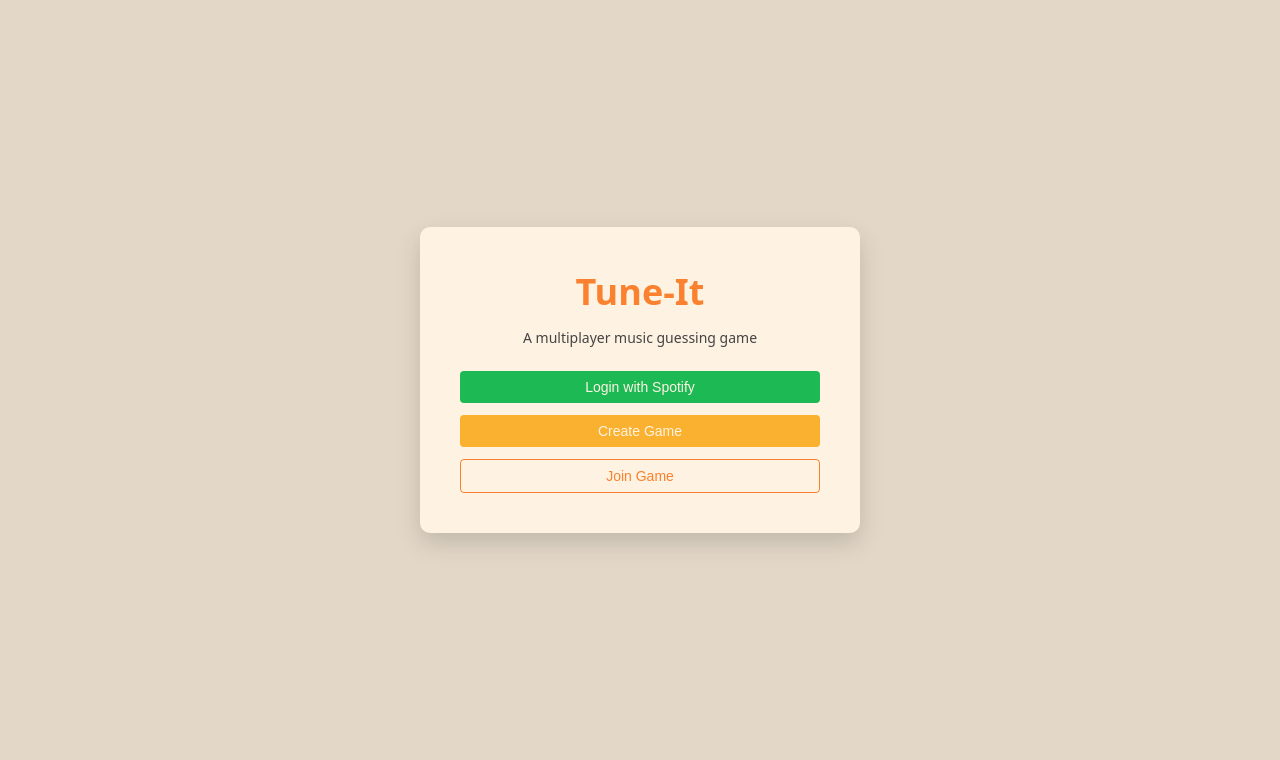
Repository: APresta19/tune-it
Page: /
An editor plug-in stored every save of this project. The page is shown before and after a run of saves, followed by the edit.
The browser window is 1280 px wide. The pictures show the whole page.
The project was rebuilt for these pictures with package versions that can differ from the ones it lists, and the page was loaded fresh each time. Also part of the build but not shown: src/css/Song.css, src/components/Song.jsx, src/components/AddSong.jsx, src/components/ProgressBar.jsx, src/components/PlayerGuess.jsx, src/components/Playback.jsx, src/css/CreateGame.css, src/components/CreateGame.jsx and 2 more.

Above is the page before, as saved 2025-12-23 22:04:53.

After the next 9 saves:
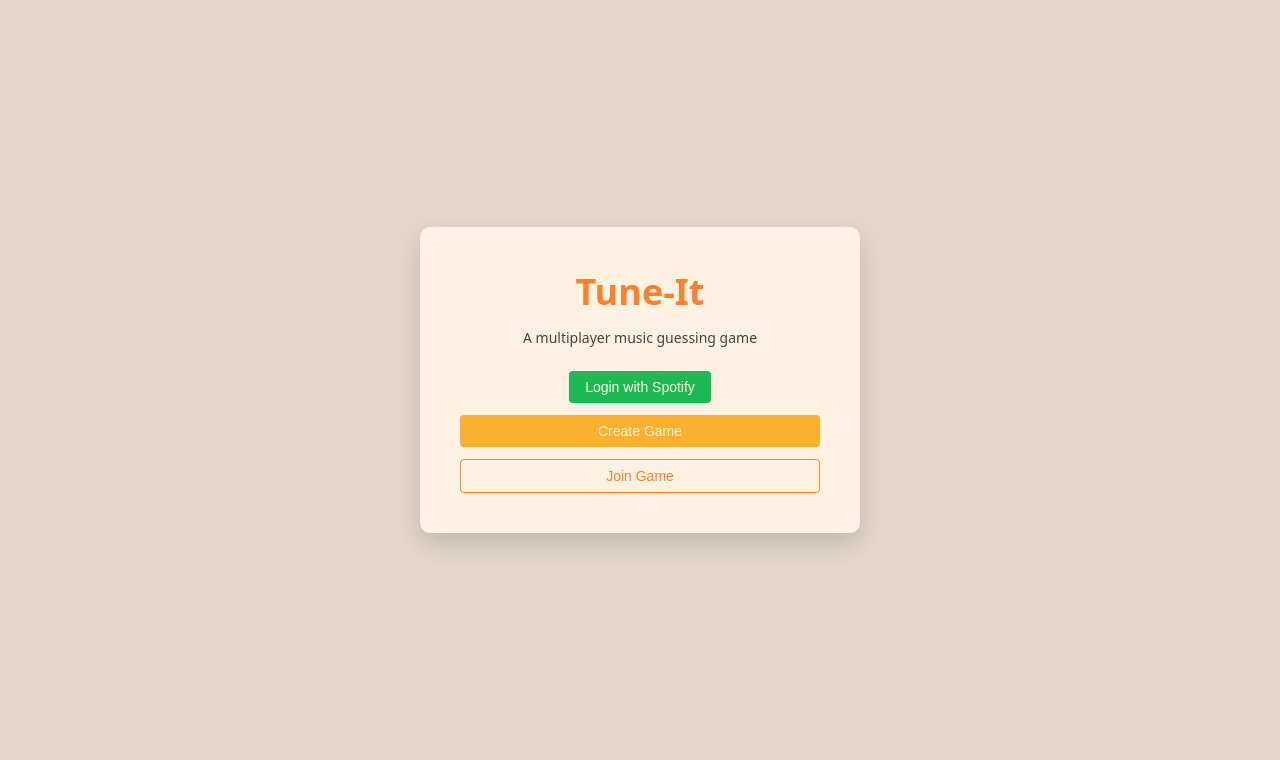
The 9 saves are shown as one change because they came seconds apart.
The last was saved 21 min 14 s later.
--- a/src/components/Landing.jsx
+++ b/src/components/Landing.jsx
@@ -13,7 +13,7 @@ function Landing() {
         </p>
 
         <div className="button-group">
-          <button id="spotify-login" href={`${import.meta.env.VITE_API_URL}/login`}>Login with Spotify</button>
+          <a href=""><button id="spotify-login" href={`${import.meta.env.VITE_API_URL}/login`}>Login with Spotify</button></a>
           <button onClick={() => navigate("/create")}>
             Create Game
           </button>
